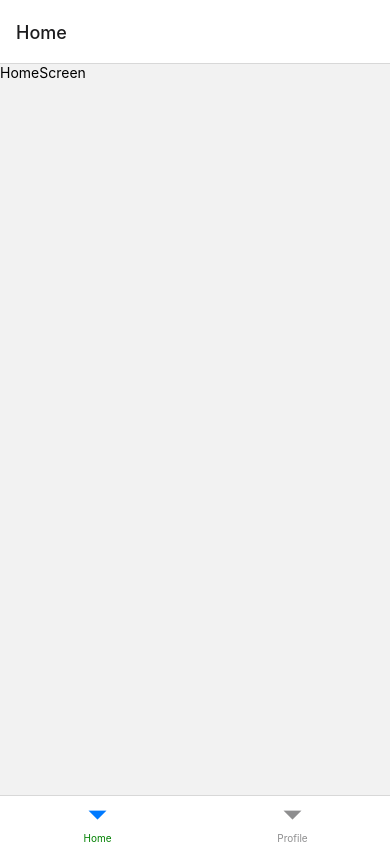
Repository: Deyvid-Kasteh/Spotify_Clone_1.0
Screen: /
The author's editor kept a copy of each file at every save. The screen is drawn from the files as they stood at one save, then again after a run of saves.
The app was drawn by React Native's web renderer in a window 390 px wide. The project was rebuilt for these pictures with package versions that can differ from the ones it lists, and the page was loaded fresh each time. Also part of the build but not shown: screens/ProfileScreen.js.

Above is the screen before, as saved 2023-07-28 18:51:11.

After the next 2 saves:
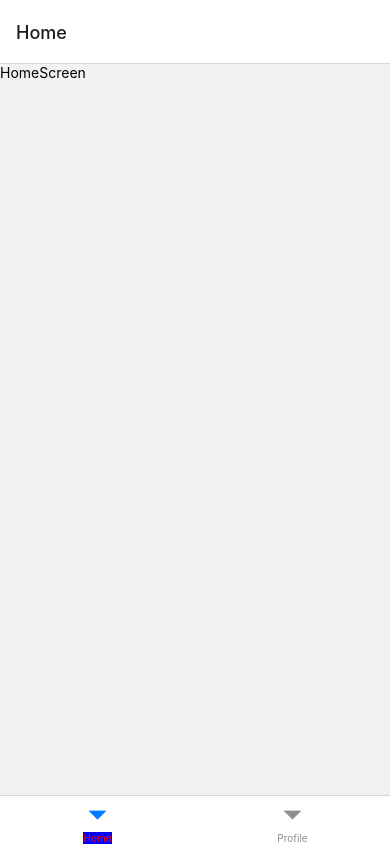
The 2 saves are shown as one change because they came seconds apart.
The last was saved 9 s later.
--- a/StackNavigator.js
+++ b/StackNavigator.js
@@ -14,7 +14,7 @@ export default function BottomTabs() {
         options={{
           tabBarLabel: "Home",
             headerShown: true,
-          tabBarLabelStyle: {color: "green", }
+          tabBarLabelStyle: {color: "red", backgroundColor: "blue"}
         }}
       />
       <Tab.Screen
